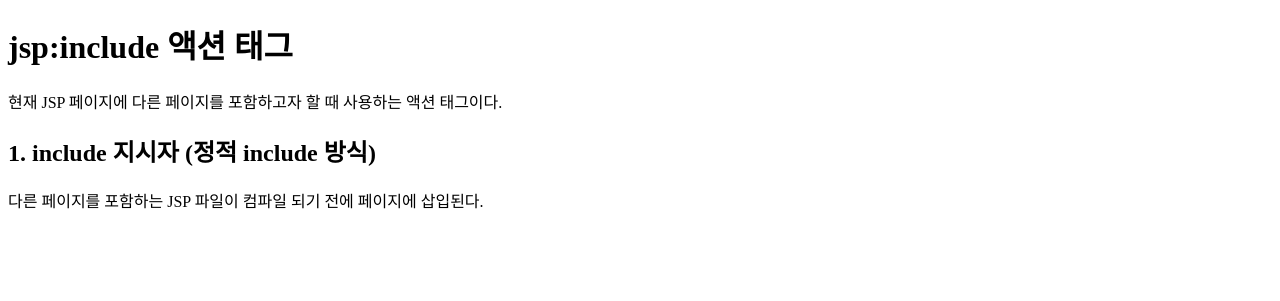
Repository: Parknogyung/Backend
Page: http://localhost/03_EL_JSTL/views/actiontag/standard/include.jsp
The author's editor kept a copy of each file at every save. The page is drawn from the files as they stood at one save, then again after the next save.
The browser window is 1280 px wide. The pictures show the whole page.
The page is served by Tomcat 9. Other server files are loaded and not shown.

Above is the page before, as saved 2022-07-13 01:04:45.

### 03_EL_JSTL/src/main/webapp/views/actiontag/standard/include.jsp
<%@ page language="java" contentType="text/html; charset=UTF-8"
    pageEncoding="UTF-8"%>
<!DOCTYPE html>
<html>
<head>
<meta charset="UTF-8">
<title>jsp:include 액션 태그</title>
</head>
<body>
	<h1>jsp:include 액션 태그</h1>
	<p>
		현재 JSP 페이지에 다른 페이지를 포함하고자 할 때 사용하는 액션 태그이다.
	</p>

	<h2>1. include 지시자 (정적 include 방식)</h2>
	<p>
		다른 페이지를 포함하는 JSP 파일이 컴파일 되기 전에 페이지에 삽입된다.
	</p>
	<%--
	<%@ include file = "includePage.jsp" %>

	Include 한 페이지의 year 변수 값은 <%= year %> 입니다. <br>

	<%
		// 현재 페이지와 포함된 페이지의 변수명이 중복되어 Duplicate local variable이 발생한다.
		// String year = "2023";
	%>
	--%>

</body>
</html>

After the next save:
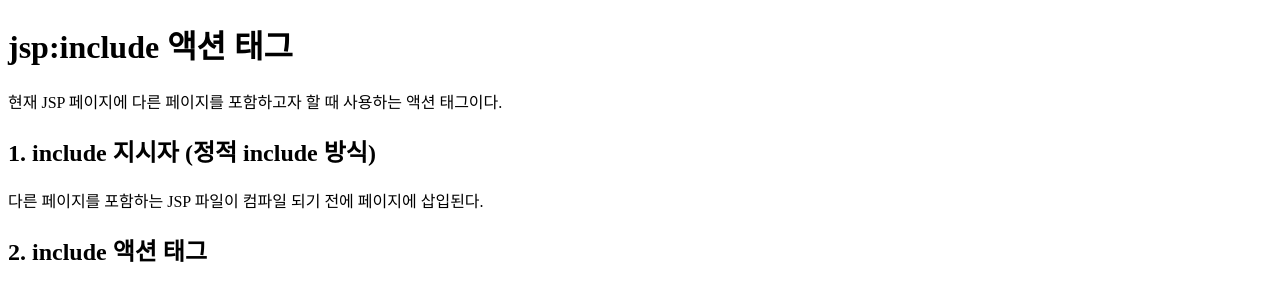
Saved 27 s later.
--- a/03_EL_JSTL/src/main/webapp/views/actiontag/standard/include.jsp
+++ b/03_EL_JSTL/src/main/webapp/views/actiontag/standard/include.jsp
@@ -27,5 +27,7 @@
 	%>
 	--%>
 
+	<h2>2. include 액션 태그</h2>
+
 </body>
 </html>
